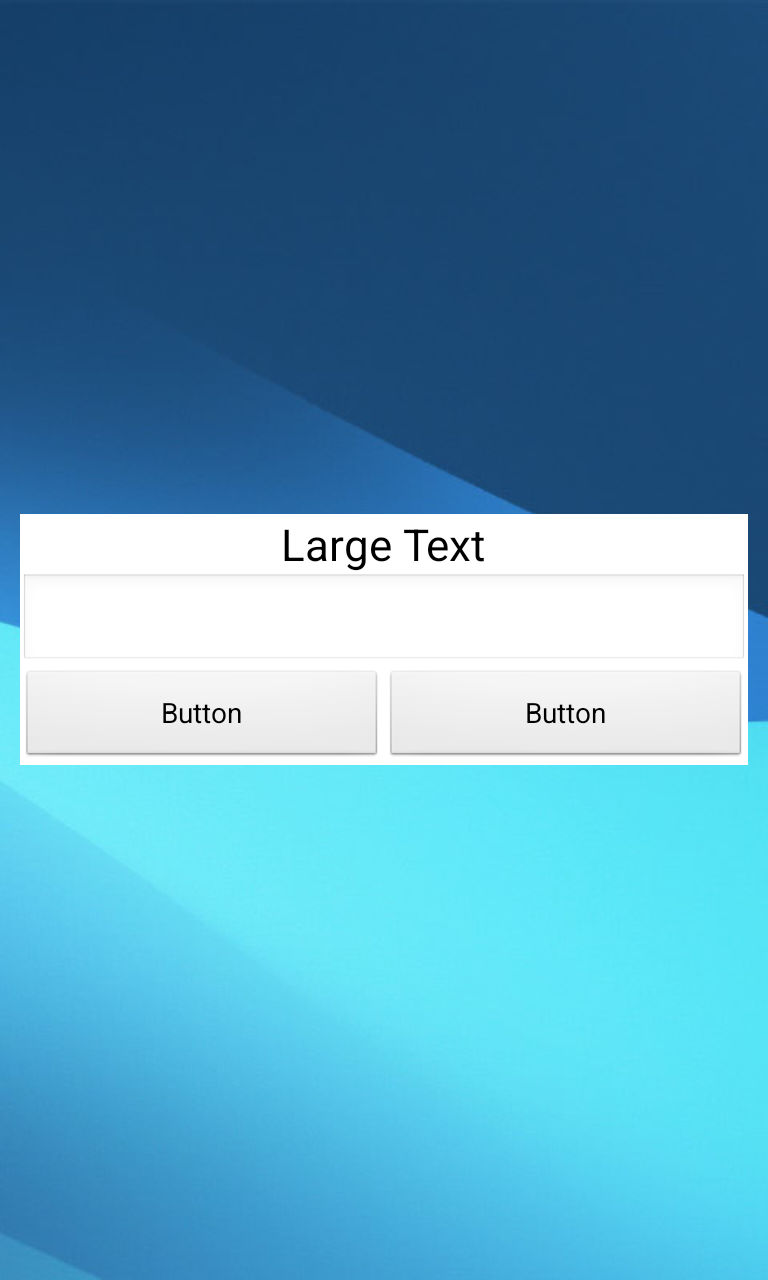
Repository: jonatansantos/Android-Server-Status
Layout: desarrollo/Principal/res/layout/login.xml
These files come from the project's save history. The layout is drawn as it stood at one moment and after the next save; the edit follows.
It is drawn on a 768 x 1280 px phone screen (xhdpi) without system bars, with theme android:Theme.Light.NoTitleBar; the app's code is not run.

Above is the layout before, as saved 2012-06-04 16:19:40.

### desarrollo/Principal/res/layout/login.xml
<?xml version="1.0" encoding="utf-8"?>
<RelativeLayout xmlns:android="http://schemas.android.com/apk/res/android"
    android:background="@drawable/fondo"
    android:id="@+id/RelativeLayout1"
    android:layout_width="match_parent"
    android:layout_height="match_parent"
    android:orientation="vertical" >




    <LinearLayout
        android:id="@+id/linear1"
        android:layout_width="match_parent"
        android:layout_height="wrap_content"
        android:layout_centerHorizontal="true"
        android:layout_centerVertical="true"
        android:layout_margin="10dp"
        android:background="@android:color/white"
        android:orientation="vertical" >



        <TextView
            android:id="@+id/textView1"
            android:layout_width="wrap_content"
            android:layout_height="wrap_content"
            android:layout_gravity="center"
            android:gravity="center"
            android:text="Large Text"
            android:textAppearance="?android:attr/textAppearanceLarge" />

        <EditText
            android:id="@+id/editText1"
            android:layout_width="match_parent"
            android:layout_height="wrap_content"
            android:ems="10" />




        <LinearLayout
            android:id="@+id/linear2"
            android:layout_width="match_parent"
            android:layout_height="wrap_content"
            android:layout_weight="2"
            android:weightSum="2" >


            <Button
                android:id="@+id/button1"
                android:layout_width="wrap_content"
                android:layout_height="wrap_content"
                android:layout_weight="1"
                android:text="Button" />


            <Button
                android:id="@+id/button2"
                android:layout_width="wrap_content"
                android:layout_height="wrap_content"
                android:layout_weight="1"
                android:text="Button" />

        </LinearLayout>

    </LinearLayout>

</RelativeLayout>

After the next save:
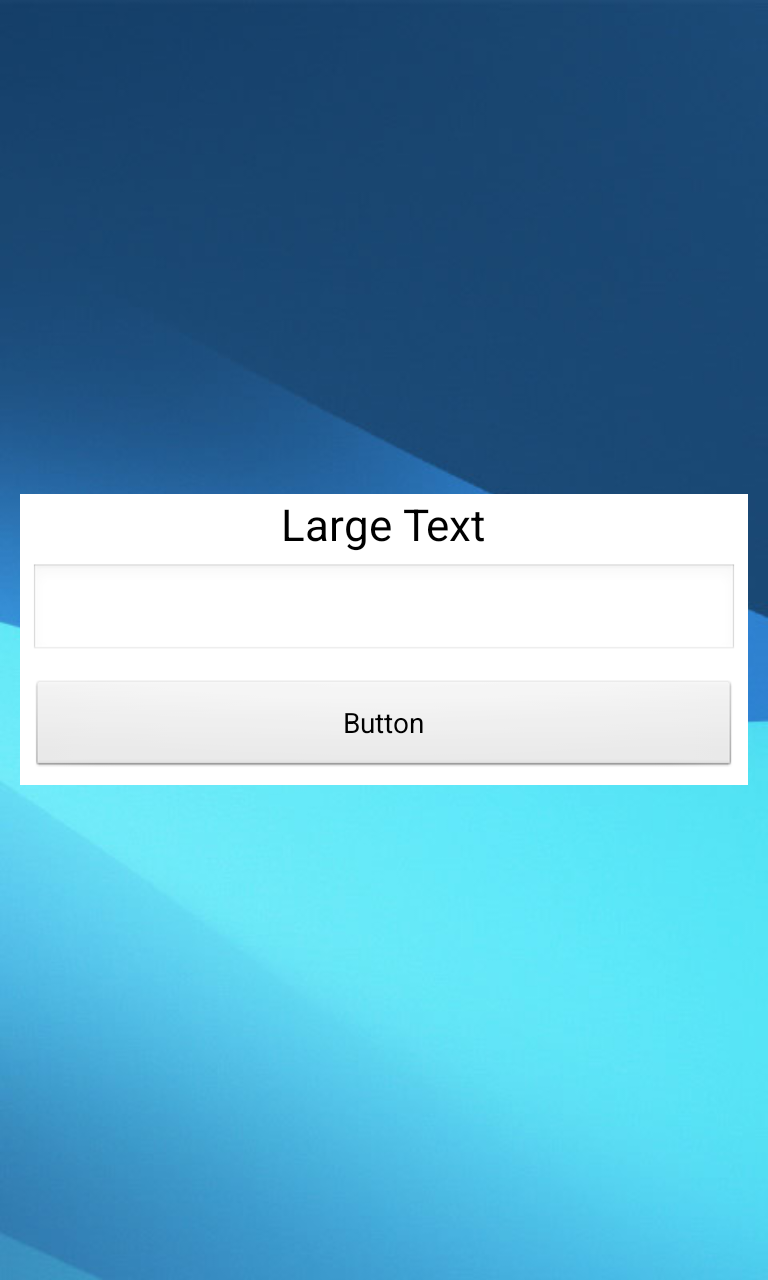
Saved 2 min 54 s later.
--- a/desarrollo/Principal/res/layout/login.xml
+++ b/desarrollo/Principal/res/layout/login.xml
@@ -30,10 +30,12 @@
             android:text="Large Text"
             android:textAppearance="?android:attr/textAppearanceLarge" />
 
+
         <EditText
             android:id="@+id/editText1"
             android:layout_width="match_parent"
             android:layout_height="wrap_content"
+            android:layout_margin="5dp"
             android:ems="10" />
 
 
@@ -47,18 +49,13 @@
             android:weightSum="2" >
 
 
-            <Button
-                android:id="@+id/button1"
-                android:layout_width="wrap_content"
-                android:layout_height="wrap_content"
-                android:layout_weight="1"
-                android:text="Button" />
 
 
             <Button
-                android:id="@+id/button2"
-                android:layout_width="wrap_content"
+                android:id="@+id/button1"
+                android:layout_width="match_parent"
                 android:layout_height="wrap_content"
+                android:layout_margin="5dp"
                 android:layout_weight="1"
                 android:text="Button" />
 
